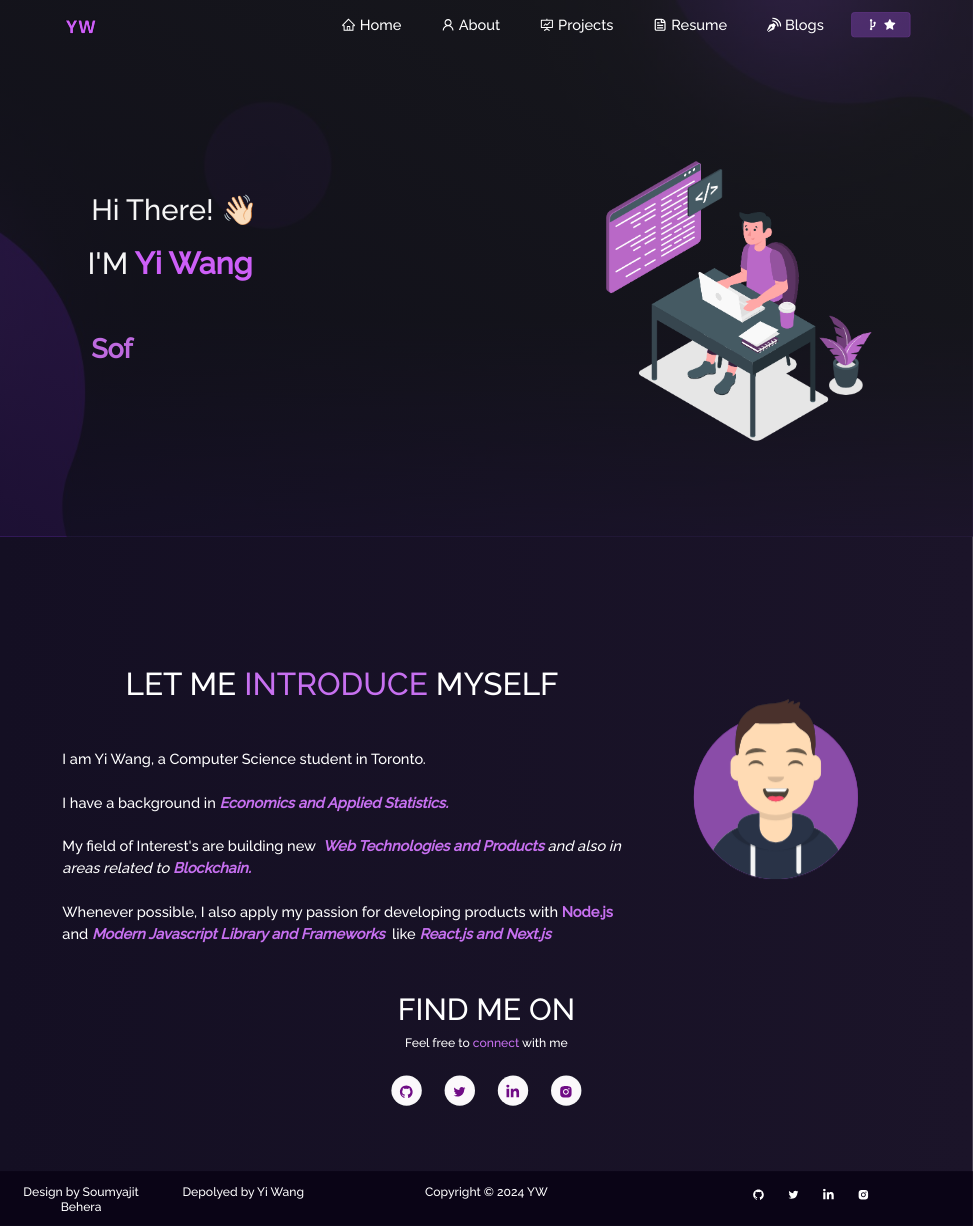
Repository: YiWang24/Portfolio
Page: /
The author's editor kept a copy of each file at every save. The page is drawn from the files as they stood at one save, then again after the next save.
The browser window is 1280 px wide. The pictures show the whole page, at 76% of full size.
The project was rebuilt for these pictures with package versions that can differ from the ones it lists, and the page was loaded fresh each time. Also part of the build but not shown: src/components/About/Github.js, src/components/About/Techstack.js, src/components/About/AboutCard.js, src/components/About/Toolstack.js, src/components/About/About.js, src/components/Projects/ProjectCards.js, src/components/Projects/Projects.js, src/components/Resume/ResumeNew.js. Imported but missing from the stored project, and not drawn on this page: src/Assets/Soumyajit_Behera-BIT_MESRA.pdf.

Above is the page before, as saved 2024-08-21 19:56:27.

After the next save:
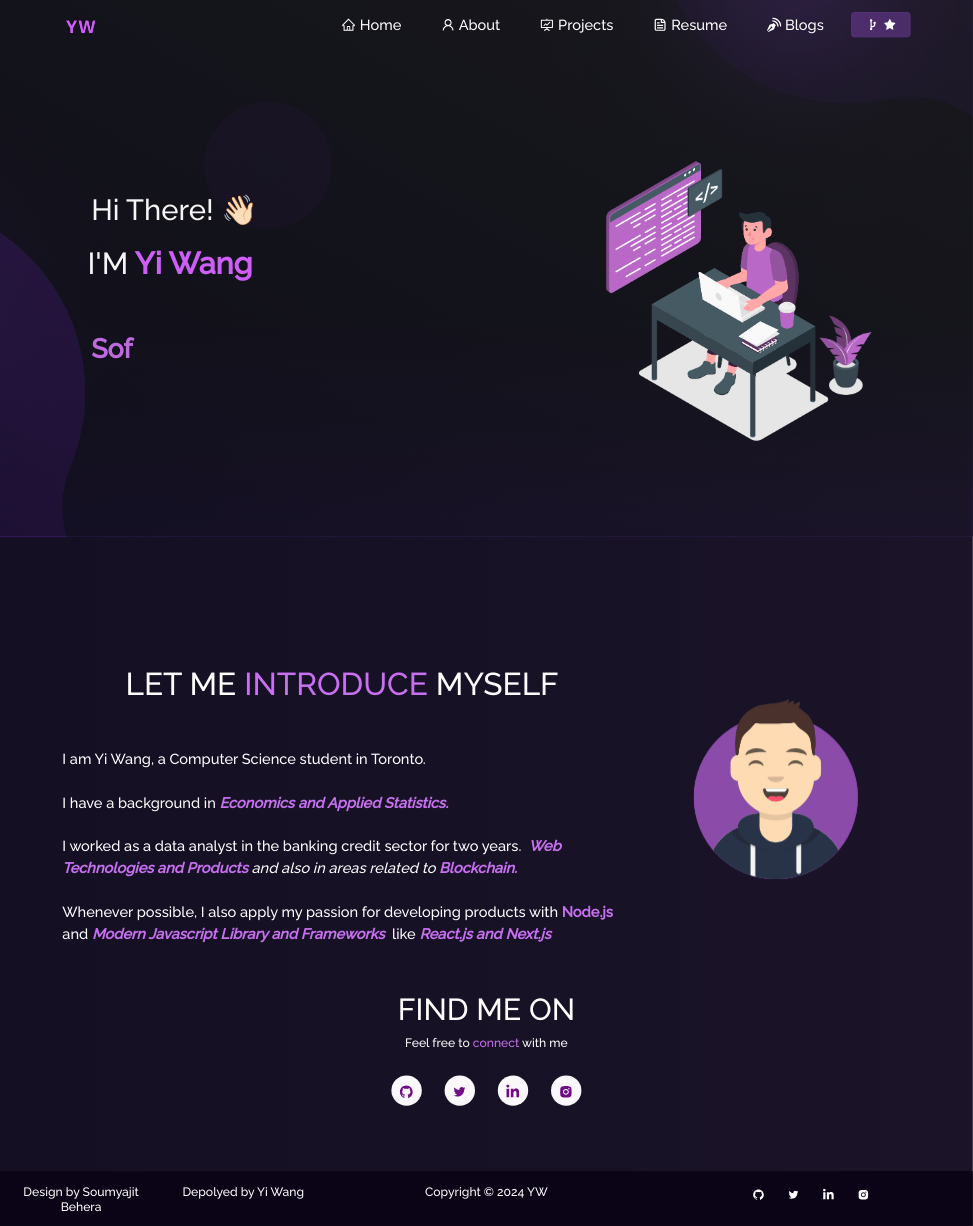
Saved 4 min 7 s later.
--- a/src/components/Home/Home2.js
+++ b/src/components/Home/Home2.js
@@ -27,7 +27,7 @@ function Home2() {
               </i>
               <br />
               <br />
-              My field of Interest's are building new &nbsp;
+              I worked as a data analyst in the banking credit sector for two years. &nbsp;
               <i>
                 <b className="purple">Web Technologies and Products </b> and
                 also in areas related to <b className="purple">Blockchain.</b>
